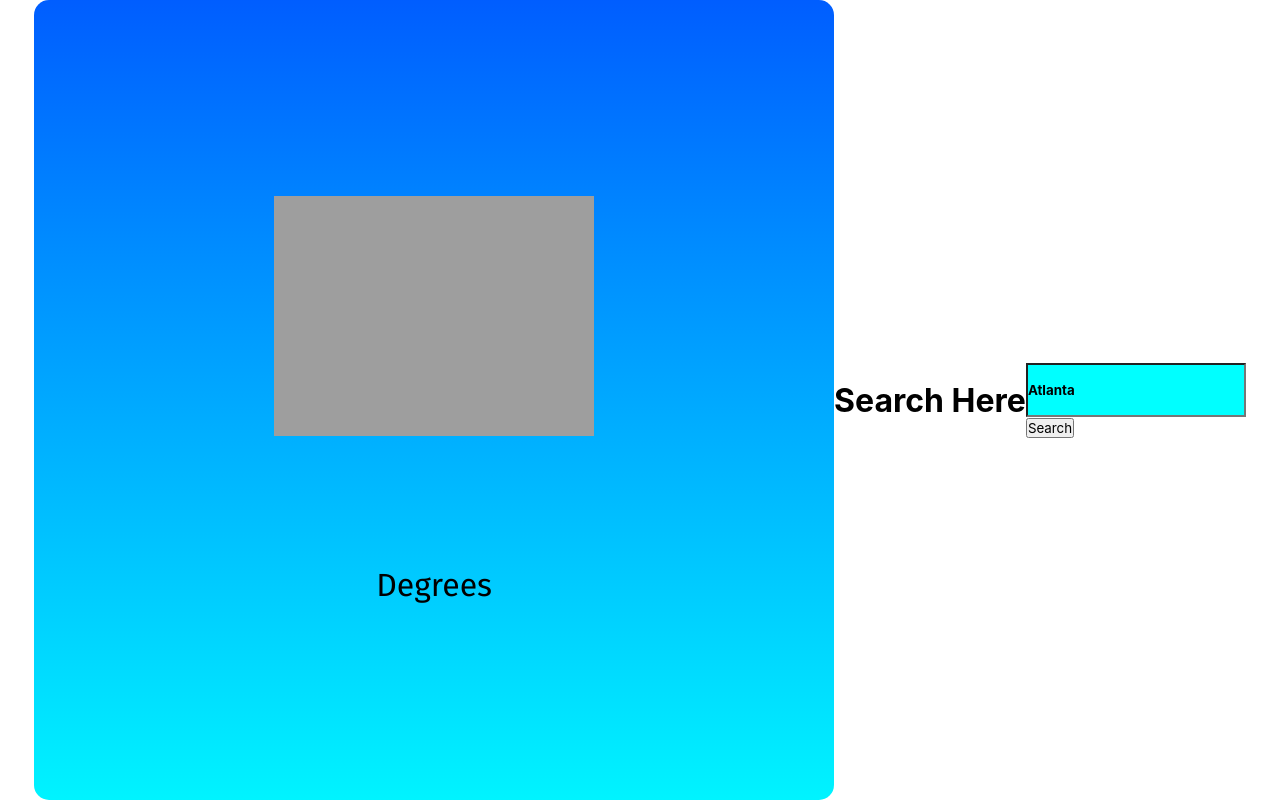
Repository: sayrilamar/chumsweatherapp
Page: /
The author's editor kept a copy of each file at every save. The page is drawn from the files as they stood at one save, then again after the next save.
The browser window is 1280 px wide. The pictures show the whole page.
Pictures or frames that could not be fetched are drawn as grey boxes. The page's requests for data from a server got no answer. The project was rebuilt for these pictures with package versions that can differ from the ones it lists, and the page was loaded fresh each time. No one was signed in, and anything a server would have sent is missing.

Above is the page before, as saved 2020-04-18 16:56:58.

### src/index.css
* {
  margin: 0;
  padding: 0;
  font-family: -apple-system, BlinkMacSystemFont, 'Segoe UI', 'Roboto', 'Oxygen',
    'Ubuntu', 'Cantarell', 'Fira Sans', 'Droid Sans', 'Helvetica Neue',
    sans-serif;
  -webkit-font-smoothing: antialiased;
  -moz-osx-font-smoothing: grayscale;
}

### src/App.js
import React, {useState, useEffect} from "react";
import "./App.css";
import WeatherCard from "./components/WeatherCard/component.js";

function App() {
  const [query,
    setQuery] = useState("Atlanta");
  const [weather,
    setWeather] = useState({temp: null, city: null, condition: null, country: null, description: null});

  const data = async q => {
    const apiRes = await fetch(`http://api.openweathermap.org/data/2.5/weather?q=${q}&units=imperial&APPID=ab0ef440364092f54ff821ca2b803163`);
    const resJSON = await apiRes.json();
    return resJSON;
  };

  const handleSearch = e => {
    // data(query).then(res => console.log(res));
    e.preventDefault();
    data(query).then(res => {
      setWeather({temp: res.main.temp, city: res.name, condition: res.weather[0].main, country: res.sys.country, description: res.weather[0].description});
    });
  };

  // runs once the dom is loaded for the first time only, because there is no
  // variable being watched in the dependency array
  useEffect(() => {
    data(query).then(res => {
      setWeather({temp: res.main.temp, city: res.name, condition: res.weather[0].main, country: res.sys.country, description: res.weather[0].description});
    });
  }, []);

  return (
    <div className="App">
      <div>
        <WeatherCard
          temp={weather.temp}
          condition={weather.condition}
          city={weather.city}
          state={weather.country}
          description={weather.description}/>
      </div>
      <h1>Search Here</h1>
      <form>
        <div>
          <input
            className="input"
            value={query}
            onChange={e => setQuery(e.target.value)}/>
        </div>
        <div>
          <button onClick={e => handleSearch(e)}>Search</button>
        </div>
      </form>
    </div>
  );
}

export default App;

### src/App.css
@import url("https://fonts.googleapis.com/css?family=Merriweather|Fira+Sans&display=swap");

.App {
  margin: 0 auto;
  color: white;
  display: flex;
  justify-content: center;
  align-items: center;
}

h1 {
  color: black;
}

.input {
  background-color: aqua;
  font-weight: bold;
  height: 50px
}

### src/components/WeatherCard/component.js
import React from "react";
import styled from "@emotion/styled";
import Location from "./Location";
import Icon from "./Icon";
import Condition from "./Condition";

const WeatherCard = ({temp, condition, city, state, description}) => {
    let highColor = 0;
    let lowColor = 0;
    let bg = null;

    if (temp > 53.6) {
        highColor = (1 - (temp - 53.6) / 50.4) * 255;
        lowColor = highColor - 150;
        bg = `linear-gradient(
            to top,
            rgb(255, ${highColor}, 0),
            rgb(255, ${lowColor}, 0)
          )`;
    } else if (temp <= 53.6) {
        highColor = (1 - (temp + 4) / 89) * 255;
        lowColor = highColor - 150;
        bg = `linear-gradient(
            to top,
            rgb(0, ${highColor}, 255),
            rgb(0, ${lowColor}, 255)
          )`;
    }

    const Card = styled.div `
    margin: 0 auto;
    background: ${bg};
    width: 800px;
    height: 800px;
    display: flex;
    flex-direction: column;
    justify-content: space-around;
    align-items: center;
    border-radius: 15px;
  `;

    return (
        <Card>
            <Location city={city} state={state}/>
            <Icon condition={condition}/>
            <Condition temp={temp} condition={condition} description={description}/>
        </Card>
    );
};

export default WeatherCard;

### src/components/WeatherCard/Location.js
import React from "react";
import styled from "@emotion/styled";

const Location = ({city, state}) => {
  const Container = styled.div `
    text-align: center;
  `;

  const City = styled.h1 `
    font-family: "Merriweather", sans-serif;
    font-size: 1.6rem;
  `;

  const Country = styled.h3 `
    font-family: "Fira Sans", sans-serif;
    font-size: 1.1rem;
  `;

  return (
    <Container>
      <City>{city}</City>
      <Country>{state}</Country>
    </Container>
  );
};

export default Location;

### src/components/WeatherCard/Icon.js
import React from "react";
import styled from "@emotion/styled";

// https://openweathermap.org/weather-conditions
const Icon = ({condition}) => {
  let icon;
  switch (condition) {
    case "Clouds":
      icon = `02d@2x`;
      break;
    case "Clear":
      icon = `01d@2x`;
      break;
    case "Haze":
      icon = `50d@2x`;
      break;
    case "Fog":
      icon = `50d@2x`;
      break;
    case "Tornado":
      icon = `50d@2x`;
      break;
    case "Dust":
      icon = `50d@2x`;
      break;
    case "Mist":
      icon = `50d@2x`;
      break;
    case "Snow":
      icon = `13d@2x`;
      break;
    case "Rain":
      icon = `10d@2x`;
      break;
    case "Drizzle":
      icon = `11d@2x`;
      break;
    case "Thunderstorm":
      icon = `11d@2x`;
      break;
    default:
      icon = ``;
      break;
  }

  const Icon = styled.img `
    width: 40%;
  `;

  return (<Icon src={`http://openweathermap.org/img/wn/${icon}.png`} alt="Weather Icon"/>);
};

export default Icon;

### src/components/WeatherCard/Condition.js
import React, {Fragment} from "react";
import styled from "@emotion/styled";

const Condition = ({temp, condition, description}) => {
  const Temp = styled.h1 `
    font-family: "Fira Sans", sans-serif;
    font-size: 2rem;
    font-weight: 200;
  `;

  const State = styled.h3 `
    font-family: "Merriweather", sans-serif;
    font-size: 1.2rem;
  `;

  return (
    <Fragment>
      <Temp>
        {temp}
        Degrees
      </Temp>
      <State>{description}</State>
    </Fragment>
  );
};

export default Condition;

Loaded but not shown: public/index.html (common file); src/index.js (common file); src/serviceWorker.js (common file)

After the next save:
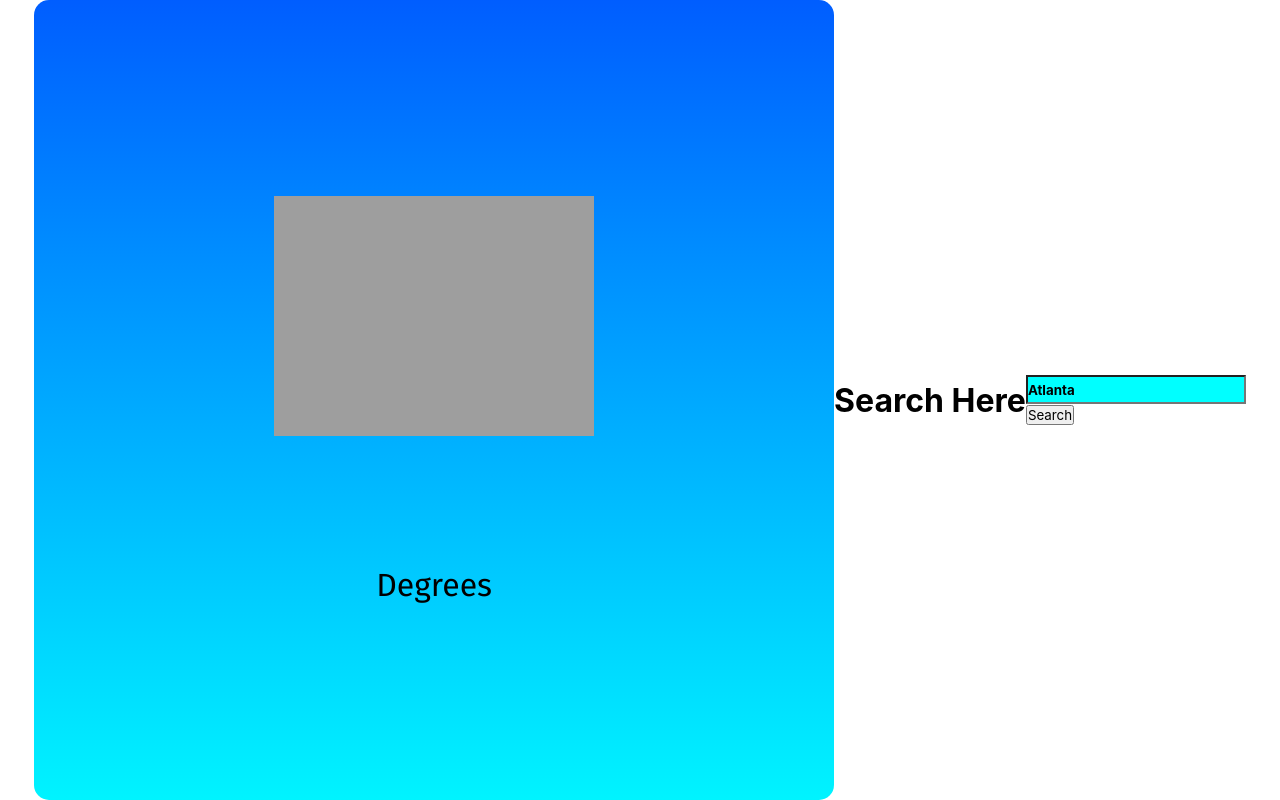
Saved 7 s later.
--- a/src/App.css
+++ b/src/App.css
@@ -15,5 +15,5 @@ h1 {
 .input {
   background-color: aqua;
   font-weight: bold;
-  height: 50px
+  height: 25px
 }
